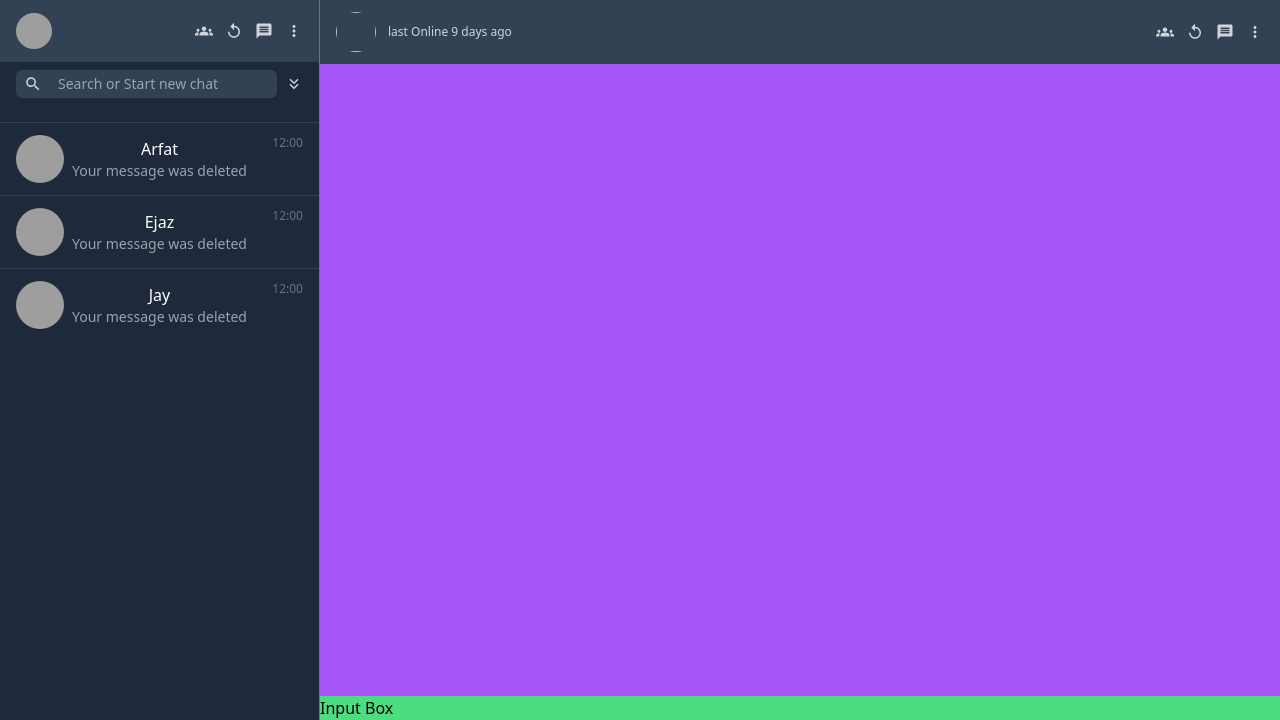
Repository: theanmol-raj/whatsapp
Page: /
The author's editor kept a copy of each file at every save. The page is drawn from the files as they stood at one save, then again after the next save.
The browser window is 1280 px wide. The pictures show the whole page.
Pictures or frames that could not be fetched are drawn as grey boxes. The project was rebuilt for these pictures with package versions that can differ from the ones it lists, and the page was loaded fresh each time.

Above is the page before, as saved 2022-12-06 22:33:40.

### src/index.js
import React from 'react';
import ReactDOM from 'react-dom/client';
import './index.css';
import App from './App';






const root = ReactDOM.createRoot(document.getElementById('root'));

root.render(
  <App />
);

### src/App.js
import Homescreen from "./Screens/Homescreen";

function App() {




  return (
    <div className="h-screen w-screen bg-slate-900">
      <Homescreen />
      {/* LoginScreen */}
    </div>
  );
}

export default App;

### src/Screens/Homescreen.jsx
import React, { useState } from 'react'
import { act } from 'react-dom/test-utils'
import ChatScreen from '../Components/ChatScreen'
import ContactList from '../Components/ContactList'

function Homescreen() {
  const [active ,setActive] = useState(null)

  return (
    <div className=' w-full max-w-[95rem] grid grid-cols-4 h-screen bg-red-500 mx-auto'>
        {/* Contact List */}
            <ContactList setContact={setActive} />
        {/* Message Box */}
            <ChatScreen p1={active} />

    </div>
  )
}

export default Homescreen

### src/Components/ChatScreen.jsx
import React from 'react'
import ChatHead from './SubComponent/ChatHead'

function ChatScreen(props) {


  return (
    <div className=' bg-yellow-400 col-span-3 relative'>
        <div className=' w-full bg-white absolute z-10 top-0'>
            <ChatHead p2={props.p1} />
        </div>
        <div className=' h-screen overflow-y-scroll pt-16 pb-8 o bg-purple-500'>

        </div>
        <div className=' w-full absolute z-10 bottom-0 bg-green-400'>
                Input Box
        </div>
    </div>
  )
}

export default ChatScreen

### src/Components/ContactList.jsx
import React from 'react'
import GroupsIcon from '@mui/icons-material/Groups';
import ReplayIcon from '@mui/icons-material/Replay';
import MessageIcon from '@mui/icons-material/Message';
import MoreVertIcon from '@mui/icons-material/MoreVert';
import KeyboardDoubleArrowDownIcon from '@mui/icons-material/KeyboardDoubleArrowDown';
import SearchIcon from '@mui/icons-material/Search';
import ContactCard from './ContactCard';


function ContactList(props) {

  const ContactArray = [ { name : "Arfat" , img : `https://pps.whatsapp.net/v/t61.24694-24/312280018_169906322326594_541453286877171405_n.jpg?ccb=11-4&oh=01_AdQ1yNbSZqdVKcnMgMRJIHB1Ir-EPaz0J7QmOLxRvme0eg&oe=639896B0`},
  { name : "Ejaz" , img : `https://pps.whatsapp.net/v/t61.24694-24/298328542_766611371246745_4042993338047187675_n.jpg?ccb=11-4&oh=01_AdQ36FheWCyxcYyPJQ-xCOFR58A1-h-HbgN6dFXHd5YssQ&oe=639876BD`},
  { name : "Jay" , img : `https://pps.whatsapp.net/v/t61.24694-24/309614518_676409680674624_813590369321952386_n.jpg?ccb=11-4&oh=01_AdQbubsmhWacR9EVpPe10W9t9Xm3P9OgNLSLIcnwalFypA&oe=63989C85`}]


  function XYZ(x){
    props.setContact(x)
  }



  return (
    <div className=' bg-slate-800 border-r border-gray-500'>
      <div className=' flex justify-between items-center p-[13px] px-4 bg-slate-700'>
        <img className=' rounded-full h-9 w-9' alt='' src="https://pps.whatsapp.net/v/t61.24694-24/158723607_419193396439292_5955373819812020282_n.jpg?stp=dst-jpg_s96x96&ccb=11-4&oh=01_AdRKjHR9ktMhs2HrAksQulr5trvWOTtpB53hlyDh0ZECbw&oe=63986EC2" />
        <div className=' flex text-gray-300 text-lg space-x-3'>
          <GroupsIcon fontSize='inherit' />
          <ReplayIcon fontSize='inherit' />
          <MessageIcon fontSize='inherit' />
          <MoreVertIcon fontSize='inherit' />
        </div>

      </div>
      <div className=' flex items-center text-gray-300 px-4 py-2 text-lg space-x-2'>
        <div className='flex items-center w-full bg-slate-700 space-x-4 px-2 py-1 rounded-md'>
          <SearchIcon fontSize='inherit' />
          <input placeholder='Search or Start new chat' className=' bg-transparent text-sm w-full' />
        </div>
        <KeyboardDoubleArrowDownIcon fontSize='inherit' />
      </div>

      <div className='mt-4'>
        {ContactArray.map((item,index) => <button onClick={()=>XYZ(item)} key={index} className=' w-full'><ContactCard  showName={item.name} showImg={item.img} /></button> )}
      </div>

    </div>
  )
}

export default ContactList

### src/Components/SubComponent/ChatHead.jsx
import React from 'react'
import GroupsIcon from '@mui/icons-material/Groups';
import ReplayIcon from '@mui/icons-material/Replay';
import MessageIcon from '@mui/icons-material/Message';
import MoreVertIcon from '@mui/icons-material/MoreVert';

function ChatHead(props) {
  console.log(props.p2)
  return (
    <div>
        <div className=' flex justify-between items-center p-3 px-4 bg-slate-700'>
        <div className='flex items-center space-x-3 '>
        <img className=' rounded-full h-10 w-10' alt='' src={props.p2?.img} />
        <div>
        <p className=' text-gray-300 font-semibold '>{props.p2?.name}</p>
        <p className=' text-gray-300 font-light leading-3 text-xs'>last Online 9 days ago </p>
        </div>

        </div>
        <div className=' flex text-gray-300 text-lg space-x-3'>
          <GroupsIcon fontSize='inherit' />
          <ReplayIcon fontSize='inherit' />
          <MessageIcon fontSize='inherit' />
          <MoreVertIcon fontSize='inherit' />
        </div>

      </div>
    </div>
  )
}

export default ChatHead

### src/Components/ContactCard.jsx
import React from 'react'




function ContactCard(props){


  return (
    <div className='text-gray-500 group cursor-pointer hover:bg-gradient-to-tr from-purple-500 to-yellow-400 hover:text-black border-t py-3 border-slate-700 text-sm'>
        <div className=' flex justify-between mx-4'>
            <div className=' flex space-x-2 items-center'>
                <img className=' rounded-full h-12 w-12' alt='' src={props.showImg} />
                <div>
                    <p className=' text-white group-hover:font-bold group-hover:text-black text-base'>{props.showName}</p>
                    <p className=' text-gray-400  group-hover:text-black '> Your message was deleted</p>
                </div>
            </div>
            <div>
                <p className='text-xs '>12:00</p>
            </div>
        </div>
    </div>
  )
}

export default ContactCard

Loaded but not shown: public/index.html (common file); src/index.css (common file); tailwind.config.js (common file)

After the next save:
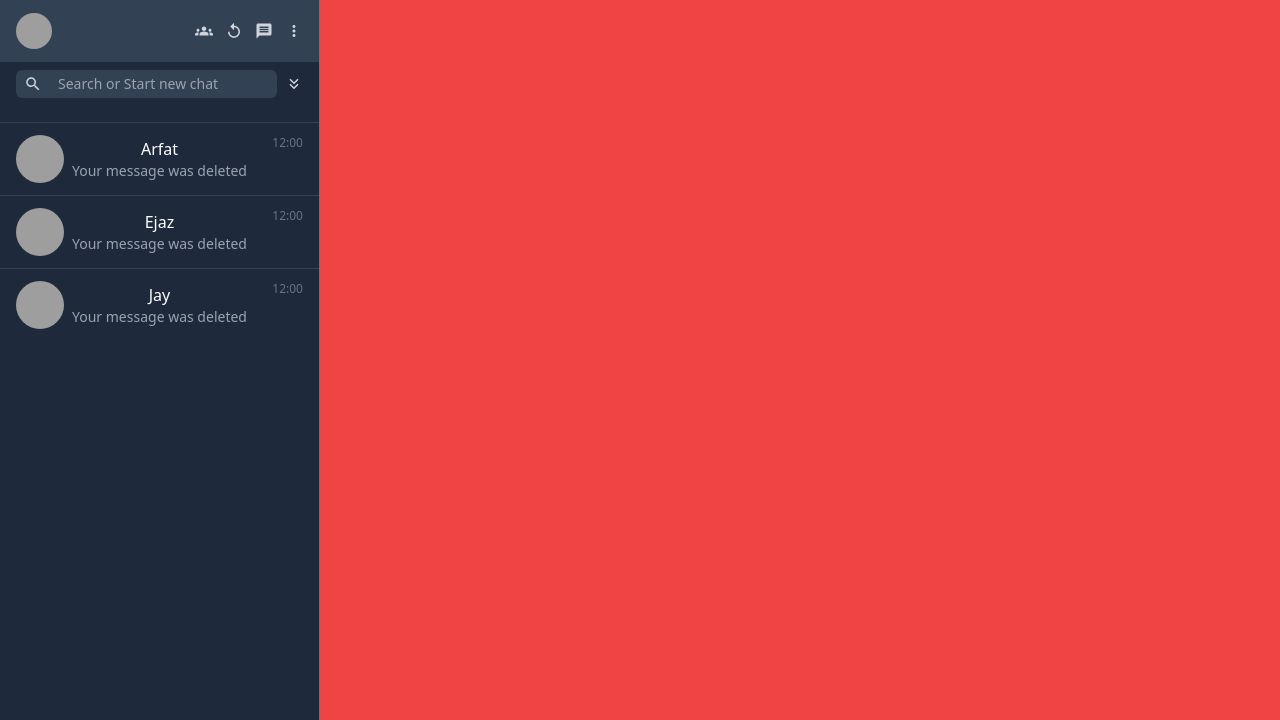
Saved 2 min 3 s later.
--- a/src/Screens/Homescreen.jsx
+++ b/src/Screens/Homescreen.jsx
@@ -6,12 +6,17 @@ import ContactList from '../Components/ContactList'
 function Homescreen() {
   const [active ,setActive] = useState(null)
 
+
+
+
   return (
     <div className=' w-full max-w-[95rem] grid grid-cols-4 h-screen bg-red-500 mx-auto'>
         {/* Contact List */}
             <ContactList setContact={setActive} />
         {/* Message Box */}
-            <ChatScreen p1={active} />
+
+          {active ? <ChatScreen p1={active} /> : ""}
+
 
     </div>
   )
